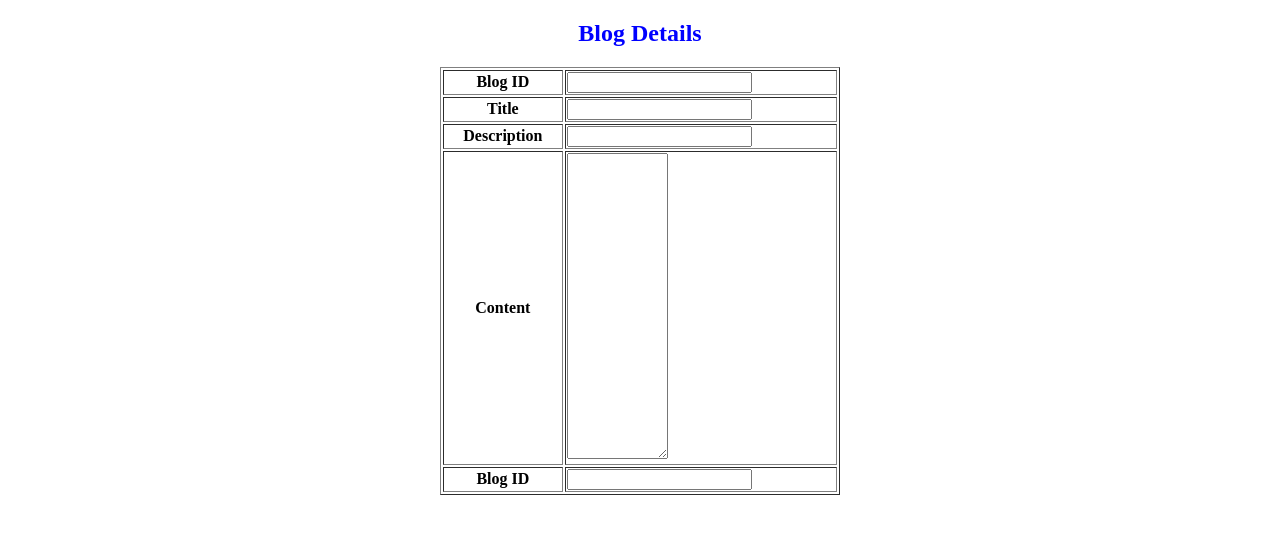
Repository: choubeyshubham018/CompleteJavaQuestions
Page: http://localhost/Ques_17_ServletBlogApplication/blog.jsp
The author's editor kept a copy of each file at every save. The page is drawn from the files as they stood at one save, then again after the next save.
The browser window is 1280 px wide. The pictures show the whole page.
The page is served by Tomcat 9. Other server files are loaded and not shown.

Above is the page before, as saved 2023-09-19 07:18:28.

### Servlet Assignment/Ques_17_ServletBlogApplication/src/main/webapp/blog.jsp
<%@ page language="java" contentType="text/html; charset=ISO-8859-1"
    pageEncoding="ISO-8859-1"%>
<!DOCTYPE html>
<html>
<head>
<meta charset="ISO-8859-1">
<title>Blogging Page</title>
</head>
<body>
<h2 style="text-align: center; color: blue;"> Blog Details</h2>
<form action="/blog" method="post">
<table align="center" border="1" width="400 px">
<tr>
	<th>Blog ID  </th>
	<td><input type="text" name="bid"></td>
</tr>

<tr>
	<th>Title  </th>
	<td><input type="text" name="title"></td>
</tr>
<tr>
	<th>Description  </th>
	<td><input type="text" name="bid"></td>
</tr>
<tr>
	<th>Content</th>
	<td><textarea rows="20" cols="10" name="content"></textarea></td>
</tr>
<tr>
	<th>Blog ID</th>
	<td><input type="text" name="bid"></td>
</tr>
</table>
</form>
</body>
</html>

After the next save:
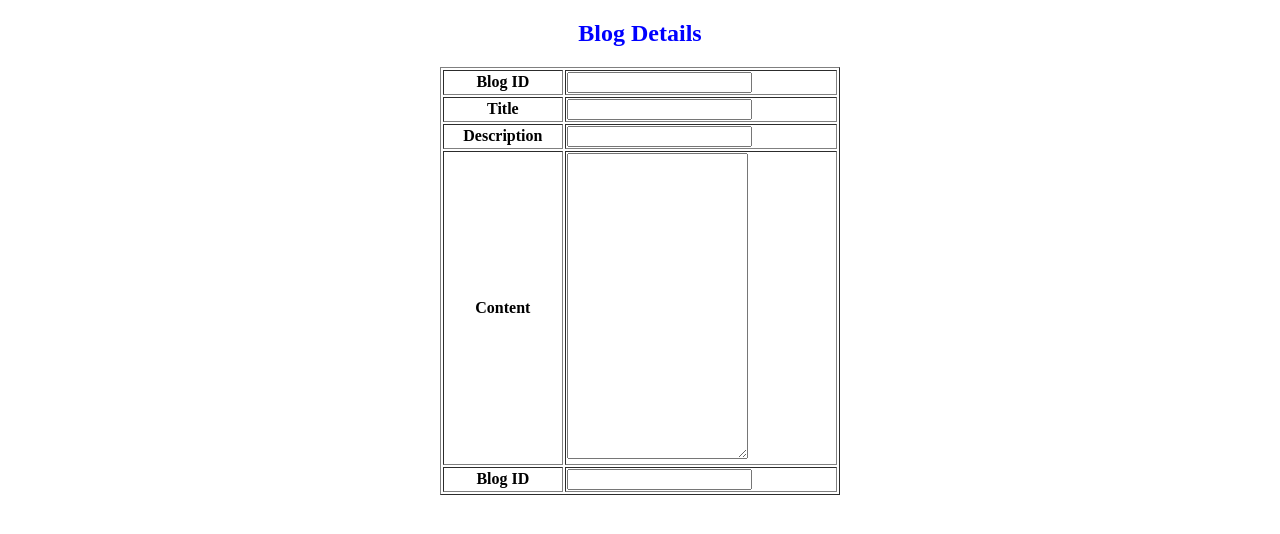
Saved 28 s later.
--- a/Servlet Assignment/Ques_17_ServletBlogApplication/src/main/webapp/blog.jsp
+++ b/Servlet Assignment/Ques_17_ServletBlogApplication/src/main/webapp/blog.jsp
@@ -25,7 +25,7 @@
 </tr>
 <tr>
 	<th>Content</th>
-	<td><textarea rows="20" cols="10" name="content"></textarea></td>
+	<td><textarea rows="20" cols="20" name="content"></textarea></td>
 </tr>
 <tr>
 	<th>Blog ID</th>
